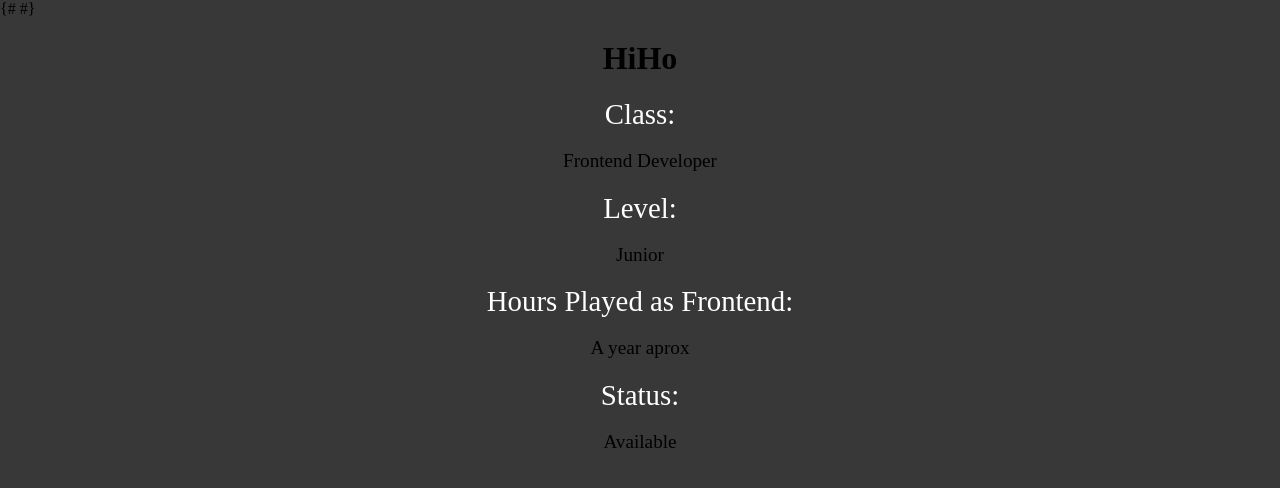
Repository: sernalab/soon
Page: index.html
An editor plug-in stored every save of this project. The page is shown before and after the next save, followed by the edit.
The browser window is 1280 px wide. The pictures show the whole page.
Some web fonts or font styles are not loaded; a fallback is used.

Above is the page before, as saved 2018-12-24 00:32:56.

### index.html
<!DOCTYPE html>
<html lang="en">

<head>
    <meta charset="UTF-8">
    <meta name="viewport" content="width=device-width, initial-scale=1.0">
    <meta http-equiv="X-UA-Compatible" content="ie=edge">
    <title>Lulz</title>
    <link rel="stylesheet" href="css/styles.css"> {#
    <link href="https://fonts.googleapis.com/css?family=Aldrich" rel="stylesheet"> #}
    <link href="https://fonts.googleapis.com/css?family=Press+Start+2P" rel="stylesheet">

</head>

<body>
    <main>
        <h1>HiHo</h1>
        <span>Class:</span>
        <p> Frontend Developer</p>
        <span>Level:</span>
        <p>Junior</p>
        <span>Hours Played as Frontend:</span>
        <p>A year aprox</p>
        <span>Status:</span>
        <p>Available</p>
    </main>
</body>

<script>
    // google analitycs
</script>

</html>

### css/styles.css
/*! normalize.css v8.0.1 | MIT License | github.com/necolas/normalize.css */


/* Document
   ========================================================================== */


/**
 * 1. Correct the line height in all browsers.
 * 2. Prevent adjustments of font size after orientation changes in iOS.
 */

html {
    line-height: 1.15;
    /* 1 */
    -webkit-text-size-adjust: 100%;
    /* 2 */
}


/* Sections
   ========================================================================== */


/**
 * Remove the margin in all browsers.
 */

body {
    margin: 0;
}


/**
 * Render the `main` element consistently in IE.
 */

main {
    display: block;
}


/**
 * Correct the font size and margin on `h1` elements within `section` and
 * `article` contexts in Chrome, Firefox, and Safari.
 */

h1 {
    font-size: 2em;
    margin: 0.67em 0;
}


/* Grouping content
   ========================================================================== */


/**
 * 1. Add the correct box sizing in Firefox.
 * 2. Show the overflow in Edge and IE.
 */

hr {
    box-sizing: content-box;
    /* 1 */
    height: 0;
    /* 1 */
    overflow: visible;
    /* 2 */
}


/**
 * 1. Correct the inheritance and scaling of font size in all browsers.
 * 2. Correct the odd `em` font sizing in all browsers.
 */

pre {
    font-family: monospace, monospace;
    /* 1 */
    font-size: 1em;
    /* 2 */
}


/* Text-level semantics
   ========================================================================== */


/**
 * Remove the gray background on active links in IE 10.
 */

a {
    background-color: transparent;
}


/**
 * 1. Remove the bottom border in Chrome 57-
 * 2. Add the correct text decoration in Chrome, Edge, IE, Opera, and Safari.
 */

abbr[title] {
    border-bottom: none;
    /* 1 */
    text-decoration: underline;
    /* 2 */
    text-decoration: underline dotted;
    /* 2 */
}


/**
 * Add the correct font weight in Chrome, Edge, and Safari.
 */

b,
strong {
    font-weight: bolder;
}


/**
 * 1. Correct the inheritance and scaling of font size in all browsers.
 * 2. Correct the odd `em` font sizing in all browsers.
 */

code,
kbd,
samp {
    font-family: monospace, monospace;
    /* 1 */
    font-size: 1em;
    /* 2 */
}


/**
 * Add the correct font size in all browsers.
 */

small {
    font-size: 80%;
}


/**
 * Prevent `sub` and `sup` elements from affecting the line height in
 * all browsers.
 */

sub,
sup {
    font-size: 75%;
    line-height: 0;
    position: relative;
    vertical-align: baseline;
}

sub {
    bottom: -0.25em;
}

sup {
    top: -0.5em;
}


/* Embedded content
   ========================================================================== */


/**
 * Remove the border on images inside links in IE 10.
 */

img {
    border-style: none;
}


/* Forms
   ========================================================================== */


/**
 * 1. Change the font styles in all browsers.
 * 2. Remove the margin in Firefox and Safari.
 */

button,
input,
optgroup,
select,
textarea {
    font-family: inherit;
    /* 1 */
    font-size: 100%;
    /* 1 */
    line-height: 1.15;
    /* 1 */
    margin: 0;
    /* 2 */
}


/**
 * Show the overflow in IE.
 * 1. Show the overflow in Edge.
 */

button,
input {
    /* 1 */
    overflow: visible;
}


/**
 * Remove the inheritance of text transform in Edge, Firefox, and IE.
 * 1. Remove the inheritance of text transform in Firefox.
 */

button,
select {
    /* 1 */
    text-transform: none;
}


/**
 * Correct the inability to style clickable types in iOS and Safari.
 */

button,
[type="button"],
[type="reset"],
[type="submit"] {
    -webkit-appearance: button;
}


/**
 * Remove the inner border and padding in Firefox.
 */

button::-moz-focus-inner,
[type="button"]::-moz-focus-inner,
[type="reset"]::-moz-focus-inner,
[type="submit"]::-moz-focus-inner {
    border-style: none;
    padding: 0;
}


/**
 * Restore the focus styles unset by the previous rule.
 */

button:-moz-focusring,
[type="button"]:-moz-focusring,
[type="reset"]:-moz-focusring,
[type="submit"]:-moz-focusring {
    outline: 1px dotted ButtonText;
}


/**
 * Correct the padding in Firefox.
 */

fieldset {
    padding: 0.35em 0.75em 0.625em;
}


/**
 * 1. Correct the text wrapping in Edge and IE.
 * 2. Correct the color inheritance from `fieldset` elements in IE.
 * 3. Remove the padding so developers are not caught out when they zero out
 *    `fieldset` elements in all browsers.
 */

legend {
    box-sizing: border-box;
    /* 1 */
    color: inherit;
    /* 2 */
    display: table;
    /* 1 */
    max-width: 100%;
    /* 1 */
    padding: 0;
    /* 3 */
    white-space: normal;
    /* 1 */
}


/**
 * Add the correct vertical alignment in Chrome, Firefox, and Opera.
 */

progress {
    vertical-align: baseline;
}


/**
 * Remove the default vertical scrollbar in IE 10+.
 */

textarea {
    overflow: auto;
}


/**
 * 1. Add the correct box sizing in IE 10.
 * 2. Remove the padding in IE 10.
 */

[type="checkbox"],
[type="radio"] {
    box-sizing: border-box;
    /* 1 */
    padding: 0;
    /* 2 */
}


/**
 * Correct the cursor style of increment and decrement buttons in Chrome.
 */

[type="number"]::-webkit-inner-spin-button,
[type="number"]::-webkit-outer-spin-button {
    height: auto;
}


/**
 * 1. Correct the odd appearance in Chrome and Safari.
 * 2. Correct the outline style in Safari.
 */

[type="search"] {
    -webkit-appearance: textfield;
    /* 1 */
    outline-offset: -2px;
    /* 2 */
}


/**
 * Remove the inner padding in Chrome and Safari on macOS.
 */

[type="search"]::-webkit-search-decoration {
    -webkit-appearance: none;
}


/**
 * 1. Correct the inability to style clickable types in iOS and Safari.
 * 2. Change font properties to `inherit` in Safari.
 */

::-webkit-file-upload-button {
    -webkit-appearance: button;
    /* 1 */
    font: inherit;
    /* 2 */
}


/* Interactive
   ========================================================================== */


/*
 * Add the correct display in Edge, IE 10+, and Firefox.
 */

details {
    display: block;
}


/*
 * Add the correct display in all browsers.
 */

summary {
    display: list-item;
}


/* Misc
   ========================================================================== */


/**
 * Add the correct display in IE 10+.
 */

template {
    display: none;
}


/**
 * Add the correct display in IE 10.
 */

[hidden] {
    display: none;
}


/* custom css */

body {
    background-color: #252525e8;
    /* font-family: 'Aldrich', sans-serif; */
    Press Start 2P
}

main {
    display: flex;
    flex-direction: column;
    justify-content: baseline;
    align-items: center;
}

span {
    color: white;
    font-size: 1.8em;
}

p {
    font-size: 1.2em
}

After the next save:
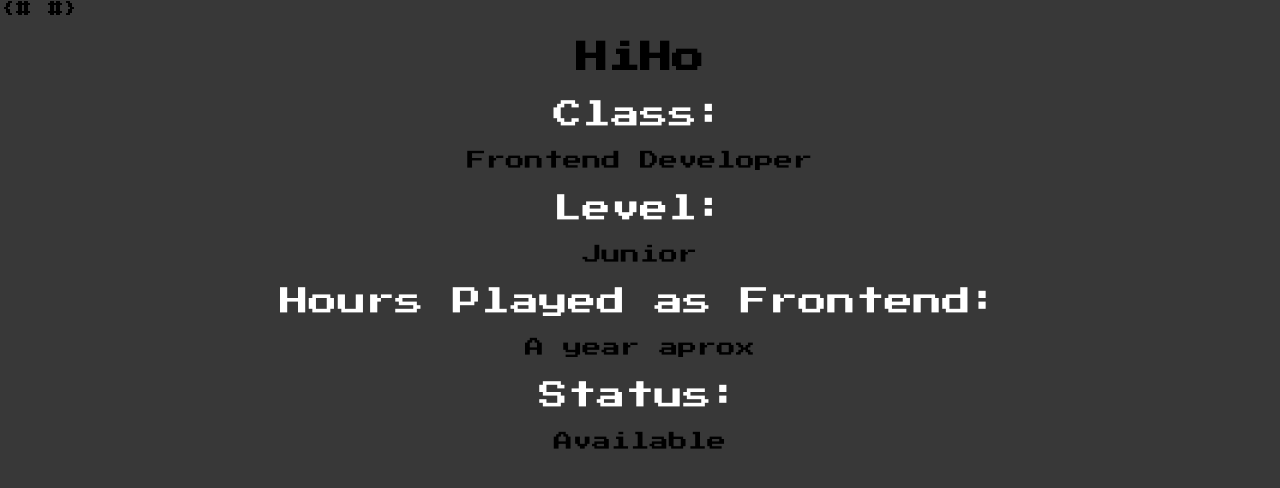
Saved 15 s later.
--- a/css/styles.css
+++ b/css/styles.css
@@ -424,7 +424,7 @@ template {
 body {
     background-color: #252525e8;
     /* font-family: 'Aldrich', sans-serif; */
-    Press Start 2P
+    font-family: 'Press Start 2P';
 }
 
 main {
